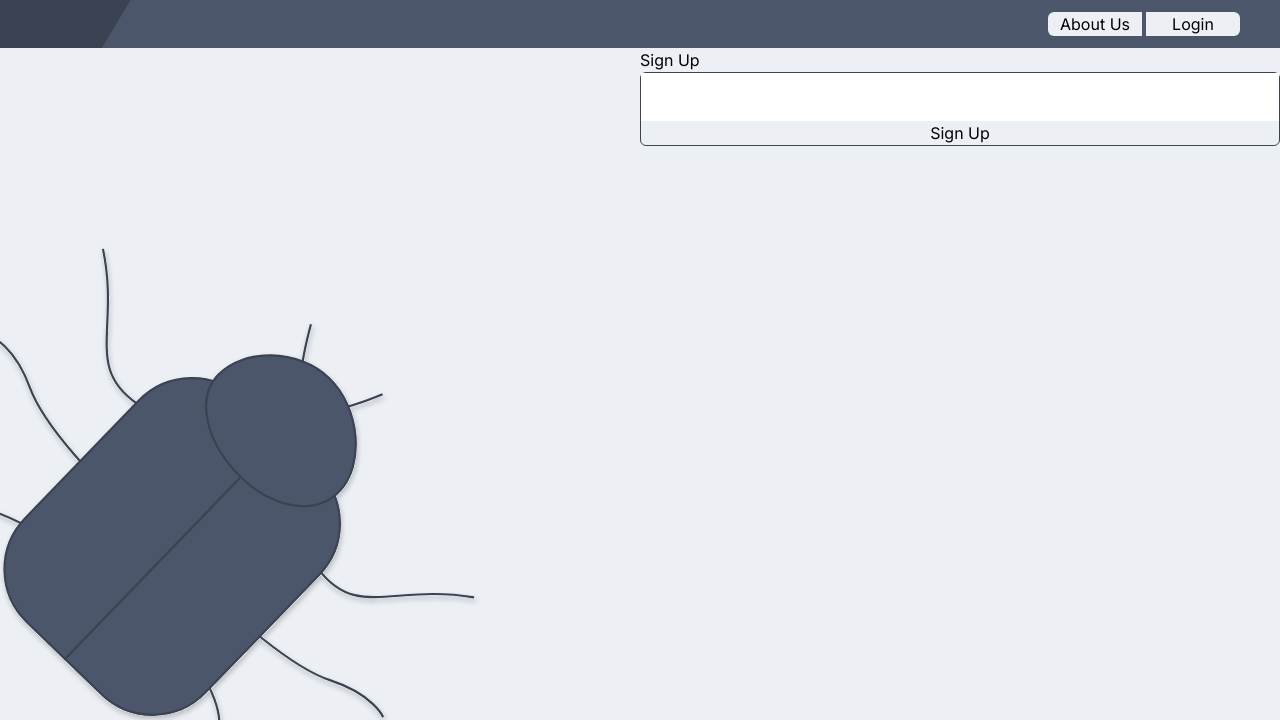
Repository: Qu4ntumGuy/project-bug
Page: /signup
The author's editor kept a copy of each file at every save. The page is drawn from the files as they stood at one save, then again after the next save.
The browser window is 1280 px wide. The pictures show the whole page.
The project was rebuilt for these pictures with package versions that can differ from the ones it lists, and the page was loaded fresh each time. The framework's server and built-in components were replaced by stand-ins that run in the browser. Also part of the build but not shown: next.config.mjs, src/components/Diamond.module.css, src/components/Navbar.js.

Above is the page before, as saved 2024-02-13 23:41:08.

After the next save:
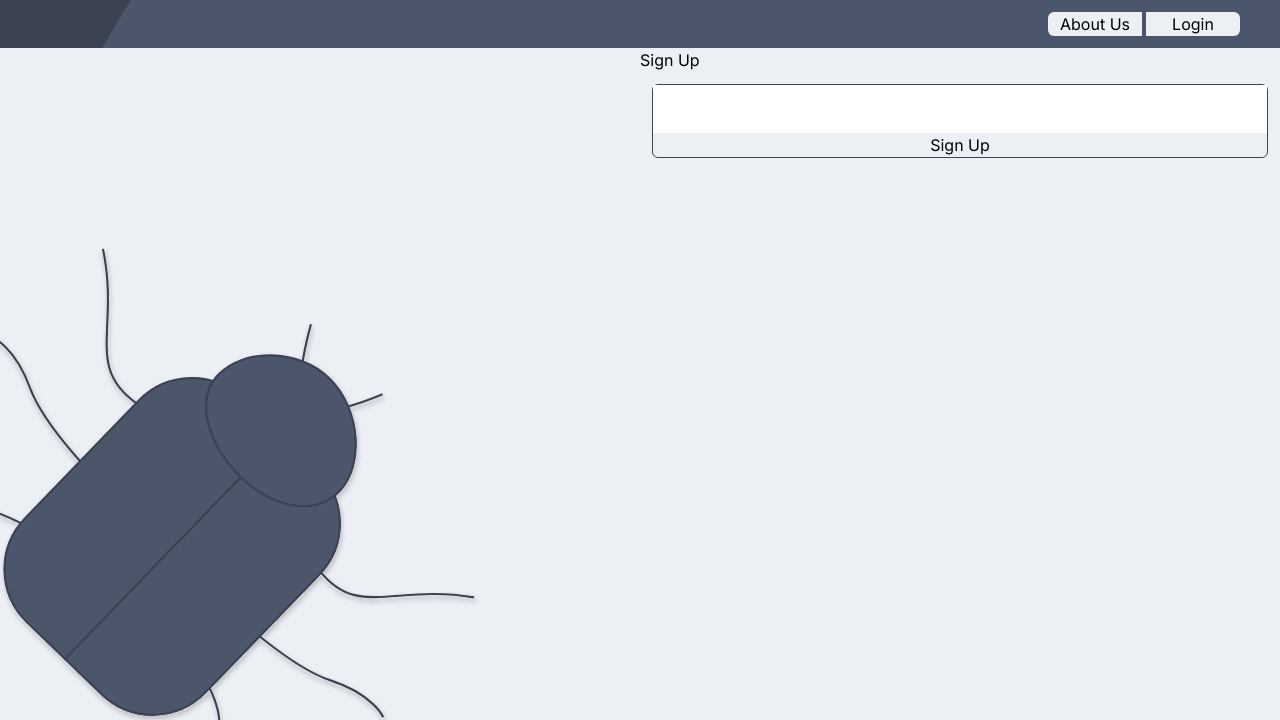
Saved 23 s later.
--- a/src/app/signup/page.js
+++ b/src/app/signup/page.js
@@ -14,7 +14,7 @@ export default function Signup() {
       </div>
       <div className="w-full flex flex-col">
         <div>Sign Up</div>
-        <form className="flex flex-col border border-[#3B4252] rounded-md">
+        <form className="flex m-3 flex-col border border-[#3B4252] rounded-md">
           <input type="text" />
           <input type="email" />
           <button>Sign Up</button>
